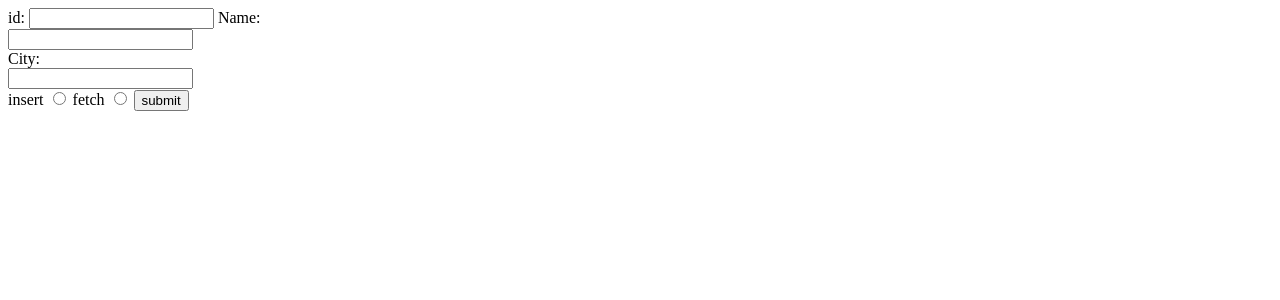
Repository: vish971-rx/Repo796
Page: http://localhost/FirstProject/
The author's editor kept a copy of each file at every save. The page is drawn from the files as they stood at one save, then again after the next save.
The browser window is 1280 px wide. The pictures show the whole page.
The page is served by Tomcat 9.

Above is the page before, as saved 2019-11-06 13:48:24.

After the next save:
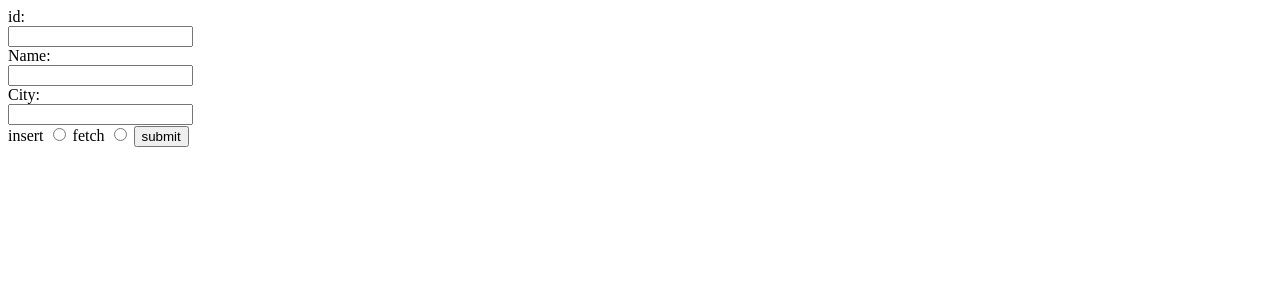
Saved 117 s later.
--- a/Hibernate/FirstProject/src/main/webapp/index.jsp
+++ b/Hibernate/FirstProject/src/main/webapp/index.jsp
@@ -33,11 +33,12 @@ function abc1()
 	{
 		document.getElementById("text1").style.display="block";
 		document.getElementById("text2").style.display="block";
+		document.getElementById("text3").style.display="none";
 	}
 }
 </script>
 <form method="post"  action="CustomerServlet">
-id: <input type="text" name="uid" id="text3">
+id: <input type="text" name="uid" id="text3" style="display:block;">
 Name: <input type="text" name="name" id="text1" style="display:block;">
 City: <input type="text" name="cname" id="text2" style="display:block;">
 insert   <input type="radio" name="c1" value="insert" id="one" onclick="abc1()">
